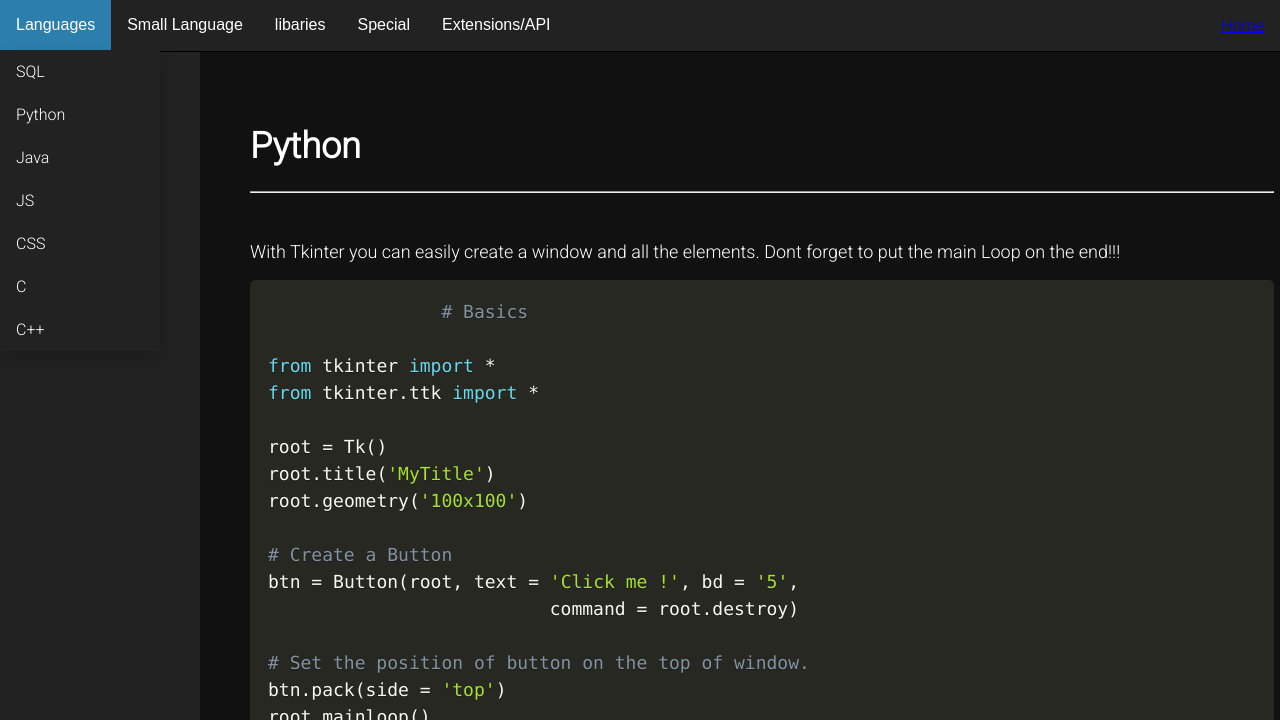
Repository: Max-Rohrhirsch/Max-Rohrhirsch.github.io
Page: documentation/languages/python/tkinter.html
The author's editor kept a copy of each file at every save. The page is drawn from the files as they stood at one save, then again after the next save.
The browser window is 1280 px wide. The pictures show the whole page.

Above is the page before, as saved 2023-10-14 15:09:36.

### documentation/languages/python/tkinter.html
<script src="/jquery.js"></script>
<div id="includeHeader"></div>

    <!-- ------ SIDE NAVIGATION BAR ----- -->
    <div class="sidenav">
        <a href="/documentation/languages/python/python.html">Basics</a>
        <a href="/documentation/languages/python/tkinter.html">Tkinter (GUI)</a>
    </div>

    <!-- ------ MAIN CONTENT ----- -->
    <div class="main">
        <h1>Python</h1>
        <hr><br>
        <p>With Tkinter you can easily create a window and all the elements. Dont forget to put the main Loop on the end!!!</p>
            <pre>
                <code class="language-python"># Basics

from tkinter import *
from tkinter.ttk import *

root = Tk()
root.title('MyTitle')
root.geometry('100x100')

# Create a Button
btn = Button(root, text = 'Click me !', bd = '5',
                          command = root.destroy)

# Set the position of button on the top of window.
btn.pack(side = 'top')
root.mainloop()
                </code>
            </pre>
        <div class="wrapper">
            <pre>
                <code class="language-python"># Checkbox

Checkbutton1 = IntVar()
Checkbutton2 = IntVar()

Button1 = Checkbutton(root, text = "Tutorial",
                        variable = Checkbutton1,
                        onvalue = 1,
                        offvalue = 0,
                        height = 2,
                        width = 10)

Button2 = Checkbutton(root, text = "Student",
                        variable = Checkbutton2,
                        onvalue = 1,
                        offvalue = 0,
                        height = 2,
                        width = 10)

Button1.pack()
Button2.pack()

# deselect()
# select()
# toggle()
                </code>
            </pre>
            <pre>
                <code class="language-python"># Menü/ Navigation bar

menubar = Menu(root)

# repeat this Block
file = Menu(menubar, tearoff = 0)
menubar.add_cascade(label ='File', menu = file)
file.add_command(label ='New File', command = None)
file.add_separator()
file.add_command(label ='Exit', command = root.destroy)

root.config(menu = menubar)
                </code>
            </pre>
            <pre>
                <code class="language-python"># Dropdown

menubutton = Menubutton(root, text = "Menu")
menubutton.menu = Menu(menubutton)
menubutton["menu"]= menubutton.menu

# repeat
var1 = IntVar()
menubutton.menu.add_checkbutton(label = "Courses",
    variable = var1)

menubutton.pack()
                </code>
            </pre>
            <pre>
                <code class="language-python"># Basics


                </code>
            </pre>
            <pre>
                <code class="language-python"># Basics


                </code>
            </pre>
            <pre>
                <code class="language-python"># Basics


                </code>
            </pre>
            <pre>
                <code class="language-python"># Basics


                </code>
            </pre>
        </div>
        <h2>Settings/ Options</h2>
        <table>
            <tr>
                <th>Option</th>
                <th>Description</th>
            </tr>
            <tr>
                <td>bg</td>
                <td>Background color</td>
            </tr>
            <tr>
                <td>command</td>
                <td>Function that is called when triggered</td>
            </tr>
            <tr>
                <td>font</td>
                <td></td>
            </tr>
            <tr>
                <td>fg</td>
                <td>text color</td>
            </tr>
            <tr>
                <td>padx</td>
                <td>Padding x</td>
            </tr>
            <tr>
                <td>pady</td>
                <td>Padding y</td>
            </tr>
            <tr>
                <td>bg</td>
                <td>Background</td>
            </tr>
            <tr>
                <td>bg</td>
                <td>Background</td>
            </tr>
            <tr>
                <td>bg</td>
                <td>Background</td>
            </tr>
            <tr>
                <td>bg</td>
                <td>Background</td>
            </tr>
        </table>
    </div>
<div id="includeFooter"></div>

### header.html
<html>
    <head>
        <title>Documentation</title>

        <meta name="viewport" content="width=device-width, initial-scale=1">
        <meta name="description" lang="en" content="Documentation of many things I learned">
        <meta name="keywords" content="HTML, CSS, JavaScript, Coding, max">
        <meta name="author" content="Rohrhirsch Max">

        <link rel="preconnect" href="https://fonts.googleapis.com">
        <link rel="preconnect" href="https://fonts.gstatic.com" crossorigin>
        <link href="https://fonts.googleapis.com/css2?family=Roboto:wght@300&display=swap" rel="stylesheet">
        <link rel="stylesheet" href="https://cdnjs.cloudflare.com/ajax/libs/font-awesome/4.7.0/css/font-awesome.min.css">

        <link rel="icon" type="image/x-icon" href="/Bilder/favicon.ico">

        <link href="/documentation/prism.css" rel="stylesheet" />

        <link rel="stylesheet" href="/documentation/docStyle.css">
        <link rel="icon" type="image/x-icon" href="/Bilder/favicon.ico">
    </head>
    <body>
        <!-- ------ TOP NAVIGATION BAR ----- -->
        <nav class="nav1">
            <div class="dropdown" style="float:left;">
                <button class="dropbtn">Languages</button>
                <div class="dropdown-content" style="left:0;">
                    <a href="/documentation/languages/sql/sql.html">SQL</a>
                    <a href="/documentation/languages/python/python.html">Python</a>
                    <a href="/documentation/languages/java/java.html">Java</a>
                    <a href="/documentation/languages/js.html">JS</a>
                    <a href="/documentation/languages/css.html">CSS</a>
                    <a href="/documentation/languages/c.html">C</a>
                    <a href="/documentation/languages/cpp.html">C++</a>
                </div>
            </div>
            <div class="dropdown" style="float:left;">
                <button class="dropbtn">Small Language</button>
                <div class="dropdown-content" style="left:0;">
                    <a href="/documentation/small/bash.html">Bash</a>
                    <a href="/documentation/small/rust.html">Rust</a>
                    <a href="/documentation/small/go.html">GO</a>
                    <a href="/documentation/small/csharp.html">C#</a>
                </div>
            </div>
            <div class="dropdown" style="float:left;">
                <button class="dropbtn">libaries</button>
                <div class="dropdown-content" style="left:0;">
                    <a href="/documentation/libaries/socket.html">Socket</a>
                    <a href="/documentation/libaries/tenserflow.html">Tenserflow</a>
                    <a href="/documentation/libaries/regex.html">Regex</a>
                </div>
            </div>
            <div class="dropdown" style="float:left;">
                <button class="dropbtn">Special</button>
                <div class="dropdown-content" style="left:0;">
                    <a href="/documentation/special/computer.html">Computer</a>
                    <a href="/documentation/special/linux.html">Linux</a>
                    <a href="/documentation/special/arduino.html">Arduino</a>
                    <a href="/documentation/special/game.html">Game Maker</a>
                    <a href="/documentation/special/unity.html">Unity</a>
                    <a href="/documentation/special/OS/OS.html">OS</a>
                    <a href="/documentation/special/hacking.html">Hacking</a>
                </div>
            </div>
            <div class="dropdown" style="float:left;">
                <button class="dropbtn">Extensions/API</button>
                <div class="dropdown-content" style="left:0;">
                    <a href="/documentation/extension/chrome.html">Chrome Extension</a>
                    <a href="/documentation/extension/discord.html">Discord Bot</a>
                    <a href="/documentation/extension/computercraft.html">Computercraft</a>
                    <a href="/documentation/extension/LaTeX.html">LaTeX</a>
                </div>
            </div>
            <div class="dropdown dropbtn" style="float:right;">
                <a href="https://max-rohrhirsch.github.io/documentation/documentation.html">Home</a>
            </div>
        </nav>

        <!-- ------ SIDE NAVIGATION BAR ----- -->

### footer.html

<a class="pre">Previous</a>
<a class="next">Next</a>
</div>

<div id="modal01" class="modal" onclick="this.style.display='none'">
<span class="close">X</span>
<div class="modal-content">
  <img id="img01" style="max-width:100%">
</div>
</div>


<!-- ------ SCRIPT FOR DROPDOWN ----- -->
<script>
var dropdown = document.getElementsByClassName("dropdown-btn");
var i;

for (i = 0; i < dropdown.length; i++) {
  dropdown[i].addEventListener("click", function() {
    this.classList.toggle("active");
    var dropdownContent = this.nextElementSibling;
    if (dropdownContent.style.display === "block") {
      dropdownContent.style.display = "none";
    } else {
      dropdownContent.style.display = "block";
    }
  });
}
</script>
<script src="/documentation/prism.js"></script>
<script>
function onClick(element) {
    document.getElementById("img01").src = element.src;
    document.getElementById("modal01").style.display = "block";
}
</script>
</body>
</html>

### documentation/prism.css
/* PrismJS 1.29.0
https://prismjs.com/download.html#themes=prism-okaidia&languages=markup+css+clike+javascript+arduino+armasm+bash+brainfuck+c+cpp+cilkc+cilkcpp+go+java+latex+lua+python+rust+sql&plugins=line-numbers+show-language+toolbar+copy-to-clipboard+download-button */
code[class*=language-],pre[class*=language-]{color:#f8f8f2;background:0 0;text-shadow:0 1px rgba(0,0,0,.3);font-family:Consolas,Monaco,'Andale Mono','Ubuntu Mono',monospace;font-size:1em;text-align:left;white-space:pre;word-spacing:normal;word-break:normal;word-wrap:normal;line-height:1.5;-moz-tab-size:4;-o-tab-size:4;tab-size:4;-webkit-hyphens:none;-moz-hyphens:none;-ms-hyphens:none;hyphens:none}pre[class*=language-]{padding:1em;margin:.5em 0;overflow:auto;border-radius:.3em}:not(pre)>code[class*=language-],pre[class*=language-]{background:#272822}:not(pre)>code[class*=language-]{padding:.1em;border-radius:.3em;white-space:normal}.token.cdata,.token.comment,.token.doctype,.token.prolog{color:#8292a2}.token.punctuation{color:#f8f8f2}.token.namespace{opacity:.7}.token.constant,.token.deleted,.token.property,.token.symbol,.token.tag{color:#f92672}.token.boolean,.token.number{color:#ae81ff}.token.attr-name,.token.builtin,.token.char,.token.inserted,.token.selector,.token.string{color:#a6e22e}.language-css .token.string,.style .token.string,.token.entity,.token.operator,.token.url,.token.variable{color:#f8f8f2}.token.atrule,.token.attr-value,.token.class-name,.token.function{color:#e6db74}.token.keyword{color:#66d9ef}.token.important,.token.regex{color:#fd971f}.token.bold,.token.important{font-weight:700}.token.italic{font-style:italic}.token.entity{cursor:help}
pre[class*=language-].line-numbers{position:relative;padding-left:3.8em;counter-reset:linenumber}pre[class*=language-].line-numbers>code{position:relative;white-space:inherit}.line-numbers .line-numbers-rows{position:absolute;pointer-events:none;top:0;font-size:100%;left:-3.8em;width:3em;letter-spacing:-1px;border-right:1px solid #999;-webkit-user-select:none;-moz-user-select:none;-ms-user-select:none;user-select:none}.line-numbers-rows>span{display:block;counter-increment:linenumber}.line-numbers-rows>span:before{content:counter(linenumber);color:#999;display:block;padding-right:.8em;text-align:right}
div.code-toolbar{position:relative}div.code-toolbar>.toolbar{position:absolute;z-index:10;top:.3em;right:.2em;transition:opacity .3s ease-in-out;opacity:0}div.code-toolbar:hover>.toolbar{opacity:1}div.code-toolbar:focus-within>.toolbar{opacity:1}div.code-toolbar>.toolbar>.toolbar-item{display:inline-block}div.code-toolbar>.toolbar>.toolbar-item>a{cursor:pointer}div.code-toolbar>.toolbar>.toolbar-item>button{background:0 0;border:0;color:inherit;font:inherit;line-height:normal;overflow:visible;padding:0;-webkit-user-select:none;-moz-user-select:none;-ms-user-select:none}div.code-toolbar>.toolbar>.toolbar-item>a,div.code-toolbar>.toolbar>.toolbar-item>button,div.code-toolbar>.toolbar>.toolbar-item>span{color:#bbb;font-size:.8em;padding:0 .5em;background:#f5f2f0;background:rgba(224,224,224,.2);box-shadow:0 2px 0 0 rgba(0,0,0,.2);border-radius:.5em}div.code-toolbar>.toolbar>.toolbar-item>a:focus,div.code-toolbar>.toolbar>.toolbar-item>a:hover,div.code-toolbar>.toolbar>.toolbar-item>button:focus,div.code-toolbar>.toolbar>.toolbar-item>button:hover,div.code-toolbar>.toolbar>.toolbar-item>span:focus,div.code-toolbar>.toolbar>.toolbar-item>span:hover{color:inherit;text-decoration:none}

### documentation/docStyle.css
:root {
    --main-special-color: #ee622a;
    --main-bg-color: #111;
    transition: 3s;
    scroll-behavior: smooth;
}

body {
    background-color: var(--main-bg-color);
    color: white;
    font-family: 'Roboto', sans-serif;
    margin: 0;
    min-height: max-content;
}


/* ----------------------------- MAIN STUFF --------------------------------------- */
red { color: red }
orange { color: orange }
green { color: green }

.nav1 {
    position: fixed;
    background-color: #222;
    border-bottom: 1px solid black;
    width: 100%;

    z-index: 2;
}

/* ---- DROPDOWN ---- */

.dropbtn {
    background-color: #222;
    color: white;

    padding: 16px;
    font-size: 16px;
    border: none;
    cursor: pointer;
  }

  .dropdown {
    position: relative;
    display: inline-block;
  }

  .dropdown-content {
    display: none;
    position: absolute;
    right: 0;

    background-color: #222;
    min-width: 160px;
    box-shadow: 0px 8px 16px 0px rgba(0,0,0,0.2);
  }

  .dropdown-content a {
    color: White;
    padding: 12px 16px;
    text-decoration: none;
    display: block;
  }

  .dropdown-content a:hover { background-color: #333 }
  .dropdown:hover .dropdown-content { display: block }
  .dropdown:hover .dropbtn { background-color: #2c7ead }


/* ------------ Site Navigation ----------- */

.sidenav {
    height: 100%;
    width: 200px;

    position: fixed;
    top: 51px;
    left: 0;

    background-color: #222;
    overflow-x: hidden;
    z-index: 1;
  }

  .sidenav a, .dropdown-btn {
    padding: 6px 8px 6px 16px;

    text-decoration: none;
    font-size: 20px;
    color: white;

    display: block;
    border: none;
    background: none;

    width: 100%;
    text-align: left;
    cursor: pointer;
    outline: none;
  }

  .sidenav a:hover, .dropdown-btn:hover { background-color: #2c7ead }

  .active {
    background-color: green;
    color: white;
  }

  .dropdown-container {
    display: none;
    background-color: #333;
  }

  .fa-caret-down {
    float: right;
    padding-right: 8px;
  }

  @media screen and (max-height: 450px) {
    .sidenav { padding-top: 15px }
    .sidenav a { font-size: 18px }
  }


/* ------------ Main ----------- */
.main {
    display: block;
    position:absolute;
    top: 51px;
    left: 200px;

    padding: 50px;
    font-size: 18px;

    min-height: 100%;
    width: 80vw;
}

.main h2 {
    font-size: 20px;
    color: #ee622a;
}

.main a {
    color: rgb(44, 172, 65);
    margin-bottom: 20px;
    display: block;
}

img {
    display: block;
    margin-top: 20px;
}
img:hover {
    cursor: pointer;
}



/* ------------ CODE ----------- */

out {
    display: block;
    width: calc(100% - 40px);
    background-color: #333;

    padding: 20px;
    margin-top: 15px;
    border-radius: 10px;
}

.wrapper {
    display: grid;
    font-size: 18px;
    grid-template-columns: repeat(3, 1fr);
    gap: 10px;
}

.wrapper pre {
    height: calc(100% - 50px);
}

.half {
    display: grid;
    grid-template-columns: repeat(2, 1fr);
    gap: 10px;
}
.half pre {
    height: calc(100% - 50px);
}

/* ------------ Table ----------- */

table {
    width: calc(100% );
    border: 1px solid #777;
    margin-top: 50px;
    border-collapse:collapse;
}

th {
    border: 1px solid #777;
    background-color: #333;
    padding: 10px;

}

td {
    border: 1px solid #777;
    padding: 5px;
    height: 40px;
}


/* ------------ Buttons ----------- */

.pre, .next {
    display: inline-block;
    margin-top: 10px;
}
.pre:hover, .next:hover { cursor: pointer }

.pre { float: left }
.next { float: right }





/* ------------ Image ----------- */
.modal {
    z-index:2;
    display:none;
    padding-top:10px;
    position:fixed;
    left:0;
    top:0;
    width:100%;
    height:100%;
    overflow:auto;
    background-color:rgb(0,0,0);
    background-color:rgba(0,0,0,0.8)
}

.modal-content {
    margin: auto;
    display: block;
    position: absolute;
    top: 50%;
    left: 50%;
    transform: translate(-50%, -50%);
}


.modal-hover-opacity {
    opacity:1;
    filter:alpha(opacity=100);
}

.modal-hover-opacity:hover {
    opacity:0.60;
    filter:alpha(opacity=60);
}


.close {
    text-decoration:none;

    position: fixed;
    right:20px;
    top: 20px;

    font-size:24px;
    font-weight:bold;
    color:white;
    cursor: pointer;
}

img {
    width: 500px;
    display: block;
}

.modal-content, #caption {
    -webkit-animation-name: zoom;
    -webkit-animation-duration: 0.6s;
    animation-name: zoom;
    animation-duration: 0.6s;
}

@keyframes zoom {
    from {transform:scale(0)}
    to {transform:scale(1)}
}

@media only screen and (max-width: 1300px) {
    .wrapper {
        grid-template-columns: repeat(2, 1fr);
    }
    .half {
        grid-template-columns: repeat(1, 1fr);
    }

}
@media only screen and (max-width: 1000px) {
    .wrapper {
        grid-template-columns: repeat(1, 1fr);
    }
}

Loaded but not shown: jquery.js (library); documentation/prism.js (library)

After the next save:
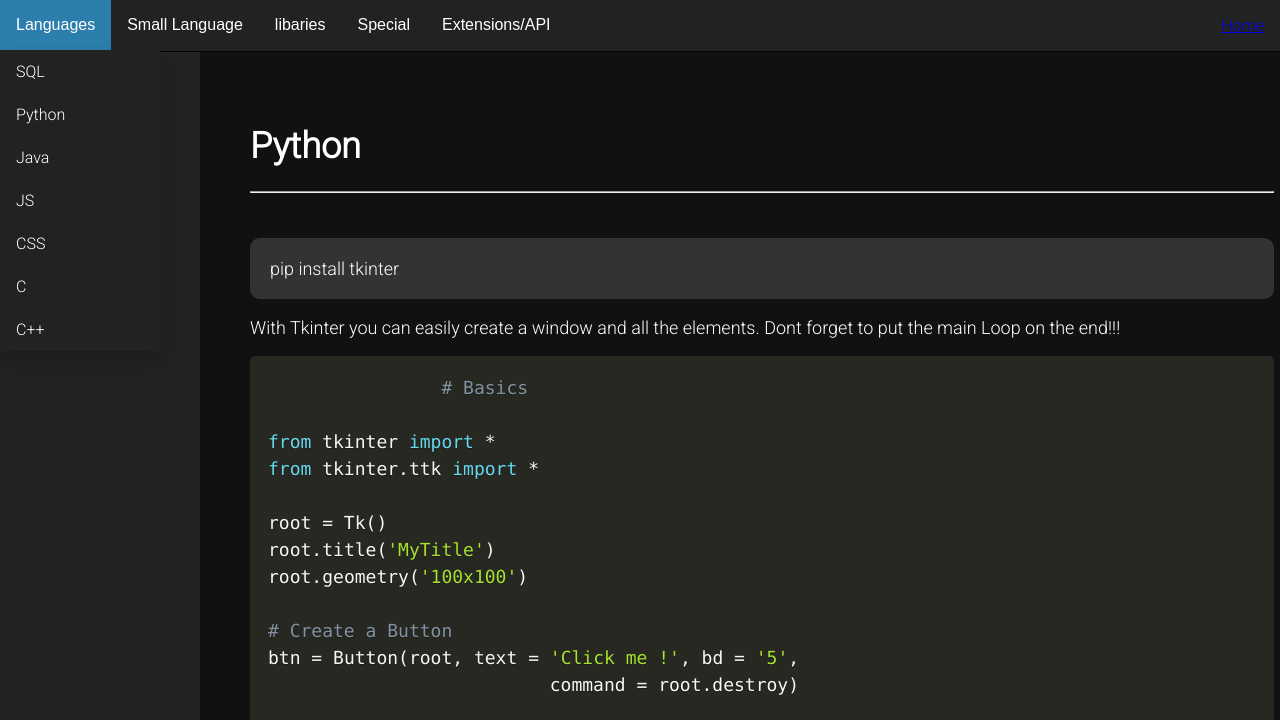
Saved 35 s later.
--- a/documentation/languages/python/tkinter.html
+++ b/documentation/languages/python/tkinter.html
@@ -11,6 +11,7 @@
     <div class="main">
         <h1>Python</h1>
         <hr><br>
+        <out>pip install tkinter</out>
         <p>With Tkinter you can easily create a window and all the elements. Dont forget to put the main Loop on the end!!!</p>
             <pre>
                 <code class="language-python"># Basics
